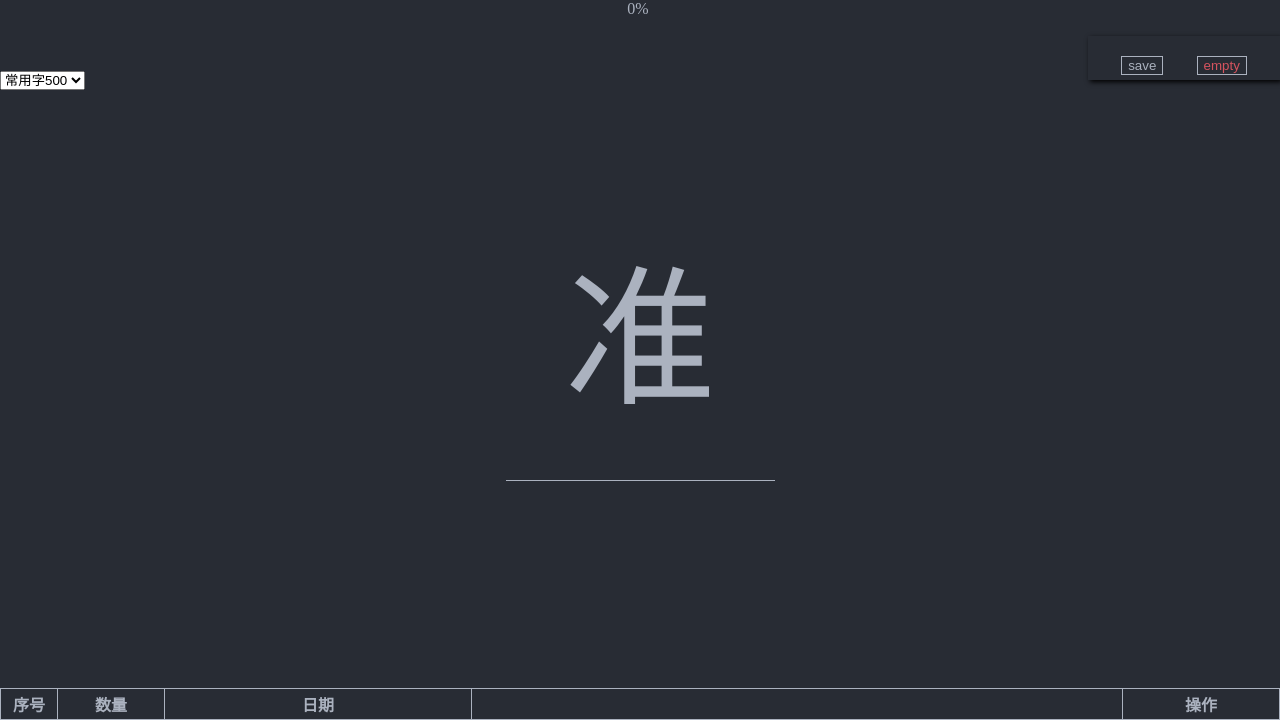
Repository: KR673/wsHone
Page: main.html
These files come from the project's save history. The page is drawn as it stood at one moment and after the next save; the edit follows.
The browser window is 1280 px wide. The pictures show the whole page.
Some web fonts or font styles are not loaded; a fallback is used.

Above is the page before, as saved 2023-01-30 22:40:49.
Console error: ReferenceError: initFaultConut is not defined

After the next save:
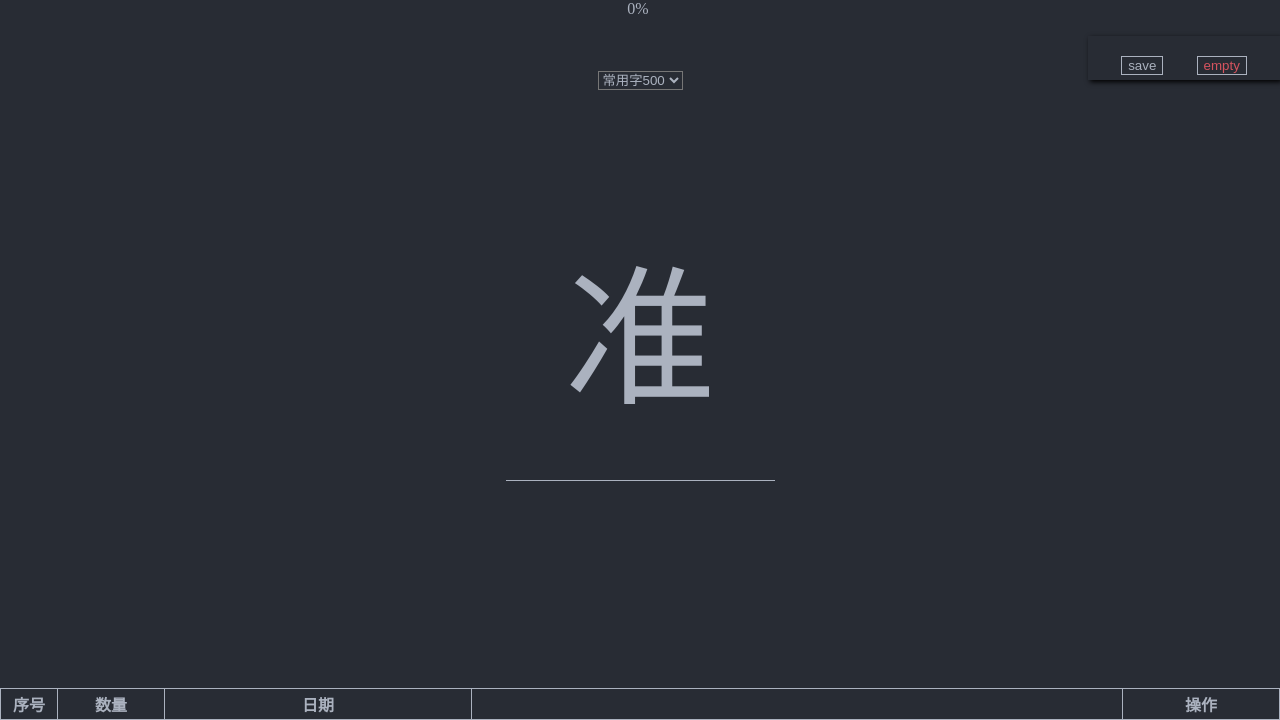
Saved 14 s later.
--- a/main.html
+++ b/main.html
@@ -16,8 +16,8 @@
             <span>0%</span>
         </div>
     </div>
-    <div id="source-change">
-        <select>
+    <div id="source-change-container">
+        <select id="source-change">
             <option value="frequently500">常用字500</option>
             <option value="hanziRoot">字根练习</option>
         </select>
